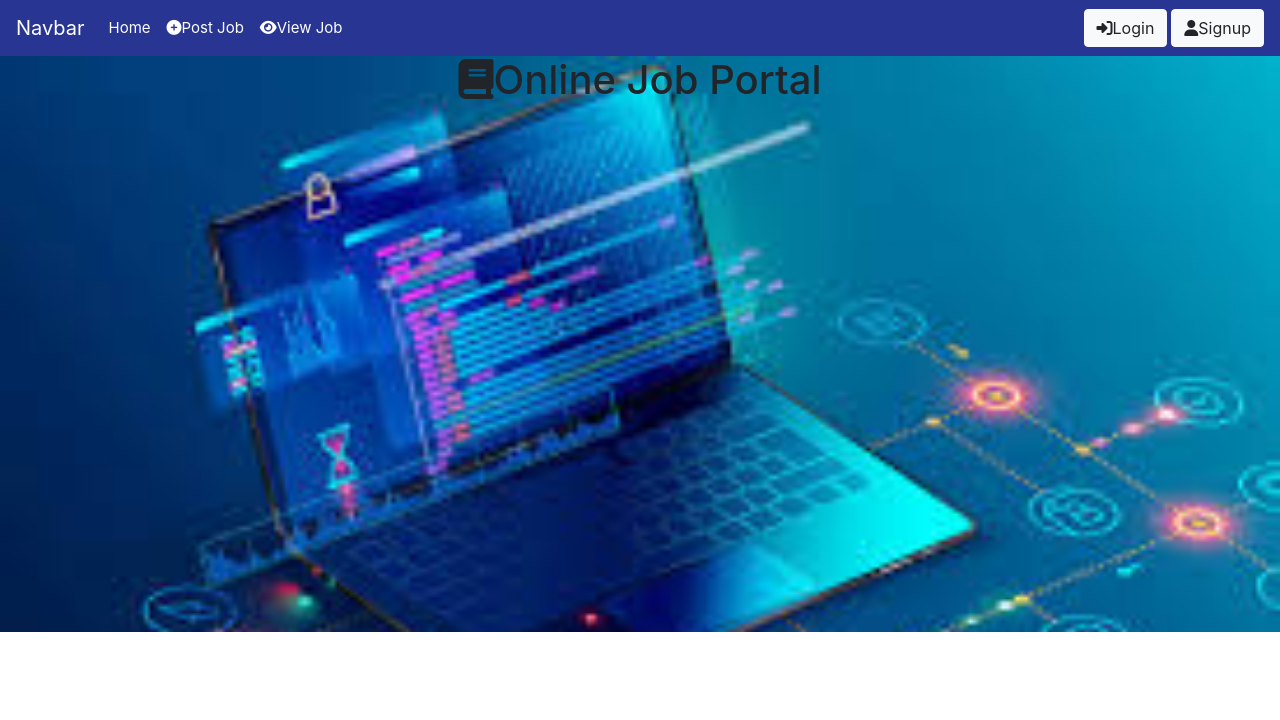
Repository: Pankaj08072001/Adv_Java
Page: http://localhost/06_Job_portal_Project/
The author's editor kept a copy of each file at every save. The page is drawn from the files as they stood at one save, then again after the next save.
The browser window is 1280 px wide. The pictures show the whole page.
Some web libraries are served in a nearby version. The page is served by Tomcat 9. Other server files are loaded and not shown.

Above is the page before, as saved 2025-03-13 19:05:27.

### 06_Job_portal_Project/src/main/webapp/index.jsp
<%@ page language="java" contentType="text/html; charset=UTF-8"
	pageEncoding="UTF-8"%>
<!DOCTYPE html>
<html>
<head>
<meta charset="UTF-8">
<title>Insert title here</title>
<%@include file="All_component/All_css.jsp"%>
<style class="text/css">
.back-img {
	background:url("Img/images.jpeg");
	width: 100%;
	height:80vh;
	background-repeat: no-repeat;
	background-size: cover;
}
</style>
</head>
<body>
	<%@include file="All_component/Navbar.jsp"%>
	<div class="container-fluid back-img">
		<div class="text-center">
			<h1>
				<i class="fa fa-book" aria-hidden="true"></i>Online Job Portal
			</h1>

		</div>
	</div>
</body>
</html>

### 06_Job_portal_Project/src/main/webapp/All_component/All_css.jsp
<link rel="stylesheet"
	href="https://cdn.jsdelivr.net/npm/bootstrap@4.0.0/dist/css/bootstrap.min.css"
	integrity="sha384-Gn5384xqQ1aoWXA+058RXPxPg6fy4IWvTNh0E263XmFcJlSAwiGgFAW/dAiS6JXm"
	crossorigin="anonymous">


<script src="https://code.jquery.com/jquery-3.2.1.slim.min.js"
	integrity="sha384-KJ3o2DKtIkvYIK3UENzmM7KCkRr/rE9/Qpg6aAZGJwFDMVNA/GpGFF93hXpG5KkN"
	crossorigin="anonymous"></script>
<script
	src="https://cdn.jsdelivr.net/npm/popper.js@1.12.9/dist/umd/popper.min.js"
	integrity="sha384-ApNbgh9B+Y1QKtv3Rn7W3mgPxhU9K/ScQsAP7hUibX39j7fakFPskvXusvfa0b4Q"
	crossorigin="anonymous"></script>
<script
	src="https://cdn.jsdelivr.net/npm/bootstrap@4.0.0/dist/js/bootstrap.min.js"
	integrity="sha384-JZR6Spejh4U02d8jOt6vLEHfe/JQGiRRSQQxSfFWpi1MquVdAyjUar5+76PVCmYl"
	crossorigin="anonymous"></script>

<link rel="stylesheet"
	href="https://cdnjs.cloudflare.com/ajax/libs/font-awesome/6.7.2/css/all.min.css"
	integrity="sha512-Evv84Mr4kqVGRNSgIGL/F/aIDqQb7xQ2vcrdIwxfjThSH8CSR7PBEakCr51Ck+w+/U6swU2Im1vVX0SVk9ABhg=="
	crossorigin="anonymous" referrerpolicy="no-referrer" />

	<link rel="Stylesheet" href ="All_component/Style.css" >

### 06_Job_portal_Project/src/main/webapp/All_component/Navbar.jsp
<nav class="navbar navbar-expand-lg navbar-dark bg-custom">
	<a class="navbar-brand" href="#">Navbar</a>
	<button class="navbar-toggler" type="button" data-toggle="collapse"
		data-target="#navbarSupportedContent"
		aria-controls="navbarSupportedContent" aria-expanded="false"
		aria-label="Toggle navigation">
		<span class="navbar-toggler-icon"></span>
	</button>

	<div class="collapse navbar-collapse" id="navbarSupportedContent">
		<ul class="navbar-nav mr-auto">
			<li class="nav-item active"><a class="nav-link" href="#">Home
					<span class="sr-only">(current)</span>
			</a></li>
			<li class="nav-item"><a class="nav-link" href="#"><i class="fas fa-plus-circle"></i>Post Job</a></li>
			<li class="nav-item"><a class="nav-link" href="#"><i class="fas fa-eye"></i>View Job</a></li>

		</ul>
		<form class="form-inline my-2 my-lg-0">
			<a href="#" class="btn btn-light mr-1"> <i class="fas fa-sign-in-alt"></i>Login</a>
			<a href ="#" class="btn btn-light"><i class="fas fa-user"></i>Signup</a>
		</form>
	</div>
</nav>

### 06_Job_portal_Project/src/main/webapp/All_component/Style.css
.bg-custom{
	background : #283593 !important;

}
.navbar .nav-item .nav-link{
	font-size: 15px;
	color : white;
}
.navbar .nav-item:hover .nav-link{
	background : white ;
	color : black;
	border-radius: 10px;
}

After the next save:
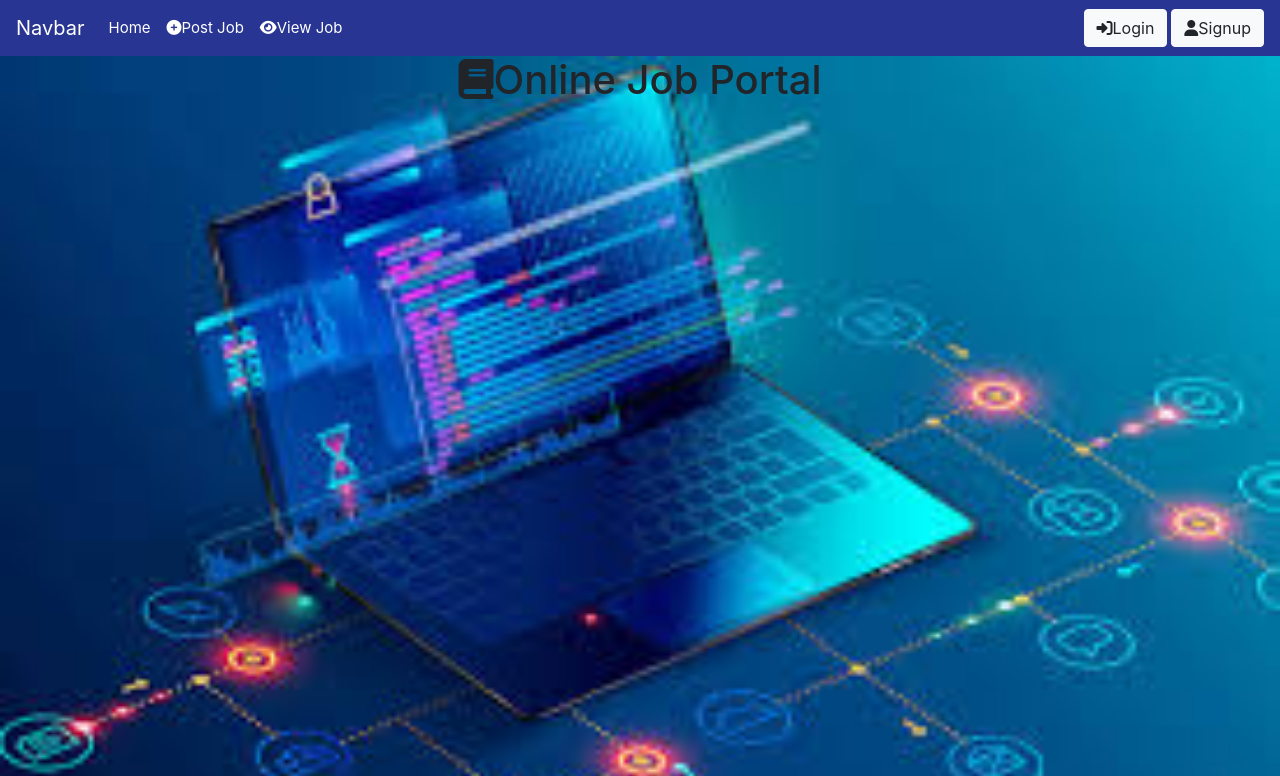
Saved 13 s later.
--- a/06_Job_portal_Project/src/main/webapp/index.jsp
+++ b/06_Job_portal_Project/src/main/webapp/index.jsp
@@ -10,7 +10,7 @@
 .back-img {
 	background:url("Img/images.jpeg");
 	width: 100%;
-	height:80vh;
+	height:100vh;
 	background-repeat: no-repeat;
 	background-size: cover;
 }
